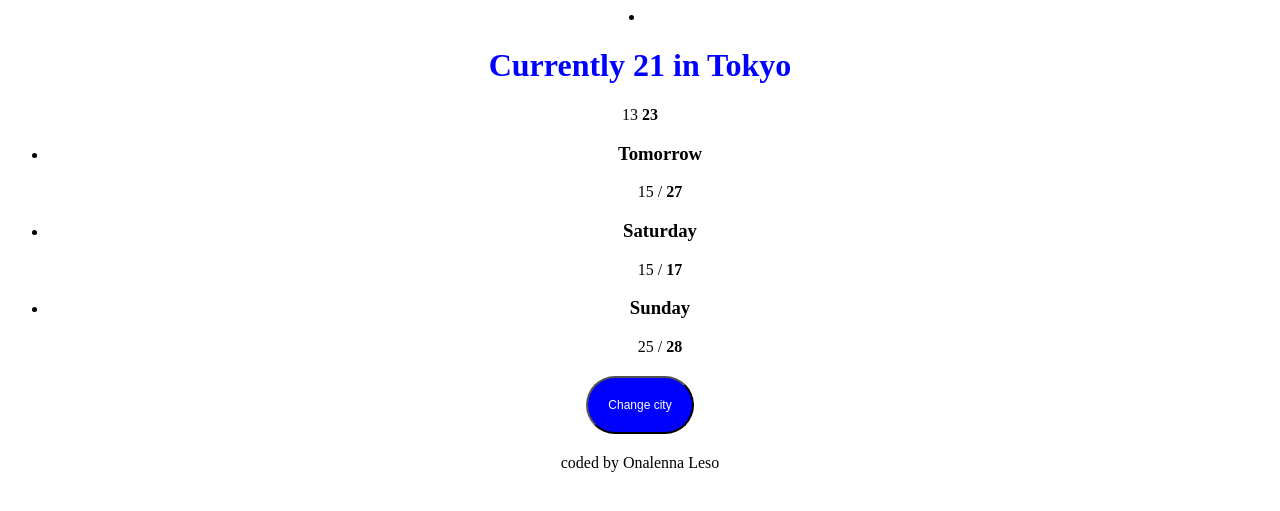
Repository: onalennaleso/empty
Page: homework w1.html
These files come from the project's save history. The page is drawn as it stood at one moment and after the next save; the edit follows.
The browser window is 1280 px wide. The pictures show the whole page.

Above is the page before, as saved 2024-02-02 00:19:33.

After the next save:
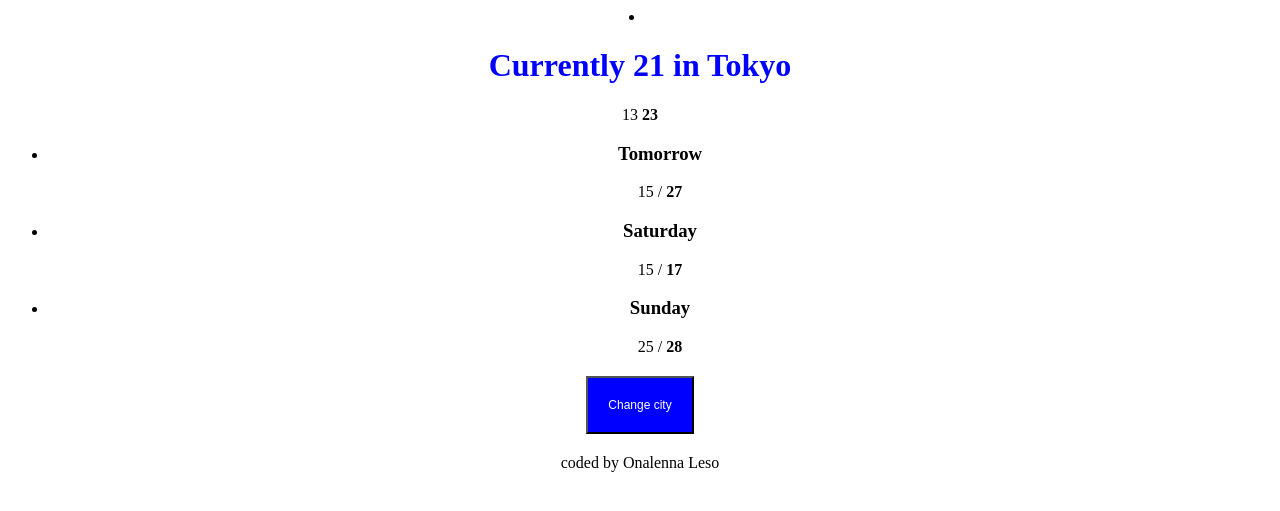
Saved 39 s later.
--- a/homework w1.html
+++ b/homework w1.html
@@ -36,7 +36,6 @@
         color: white;
         background: blue;
         text-align: center;
-        border-radius: 30px;
         transition: all 200ms ease-in-out;
     }
 
